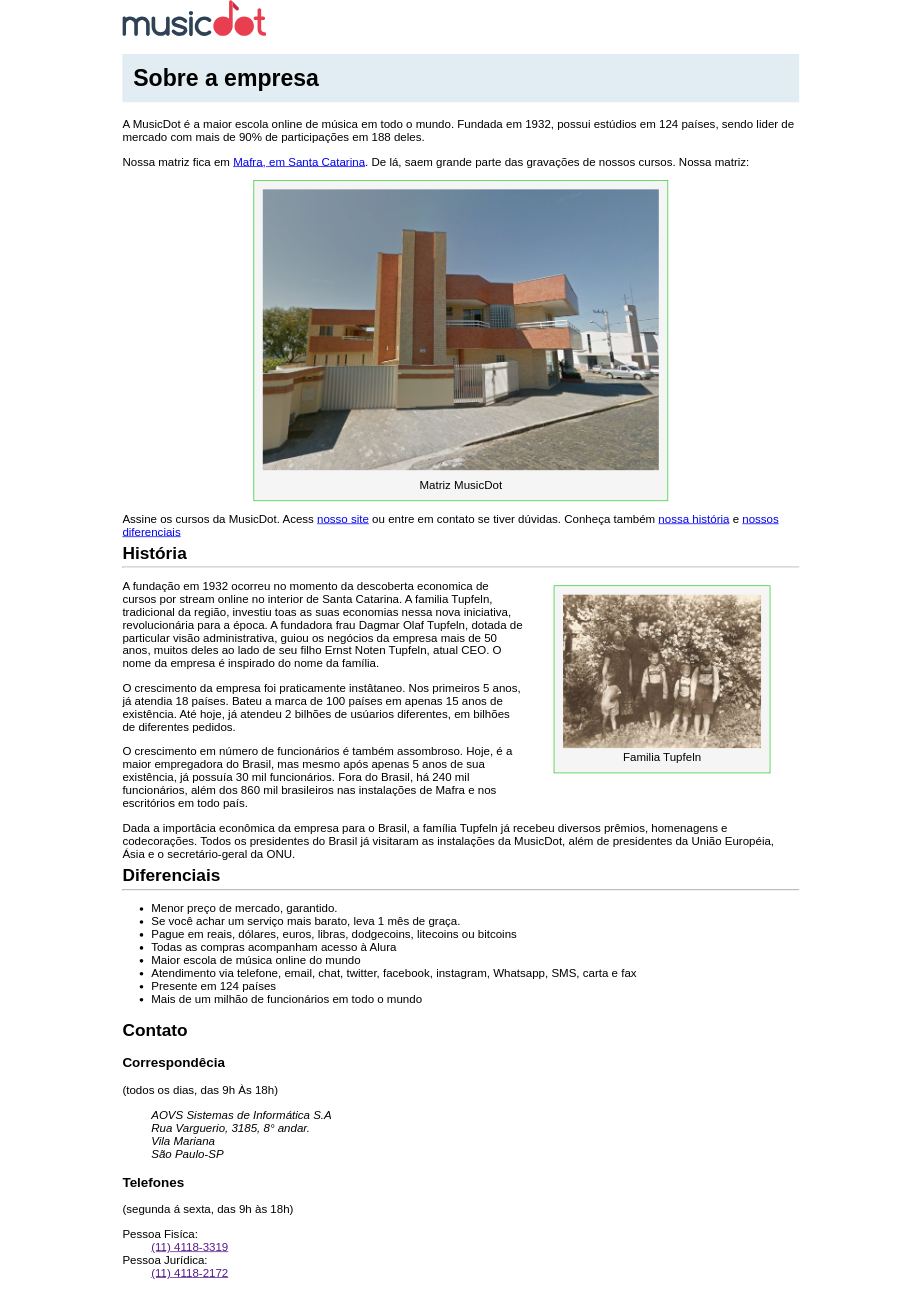
Repository: EmanuelUrbano/introducao_a_tecnologias
Page: 05_04_22/trabalho/projeto-musicdot/sobre.html
An editor plug-in stored every save of this project. The page is shown before and after the next save, followed by the edit.
The browser window is 1280 px wide. The pictures show the whole page, at 72% of full size.

Above is the page before, as saved 2022-05-23 18:40:10.

After the next save:
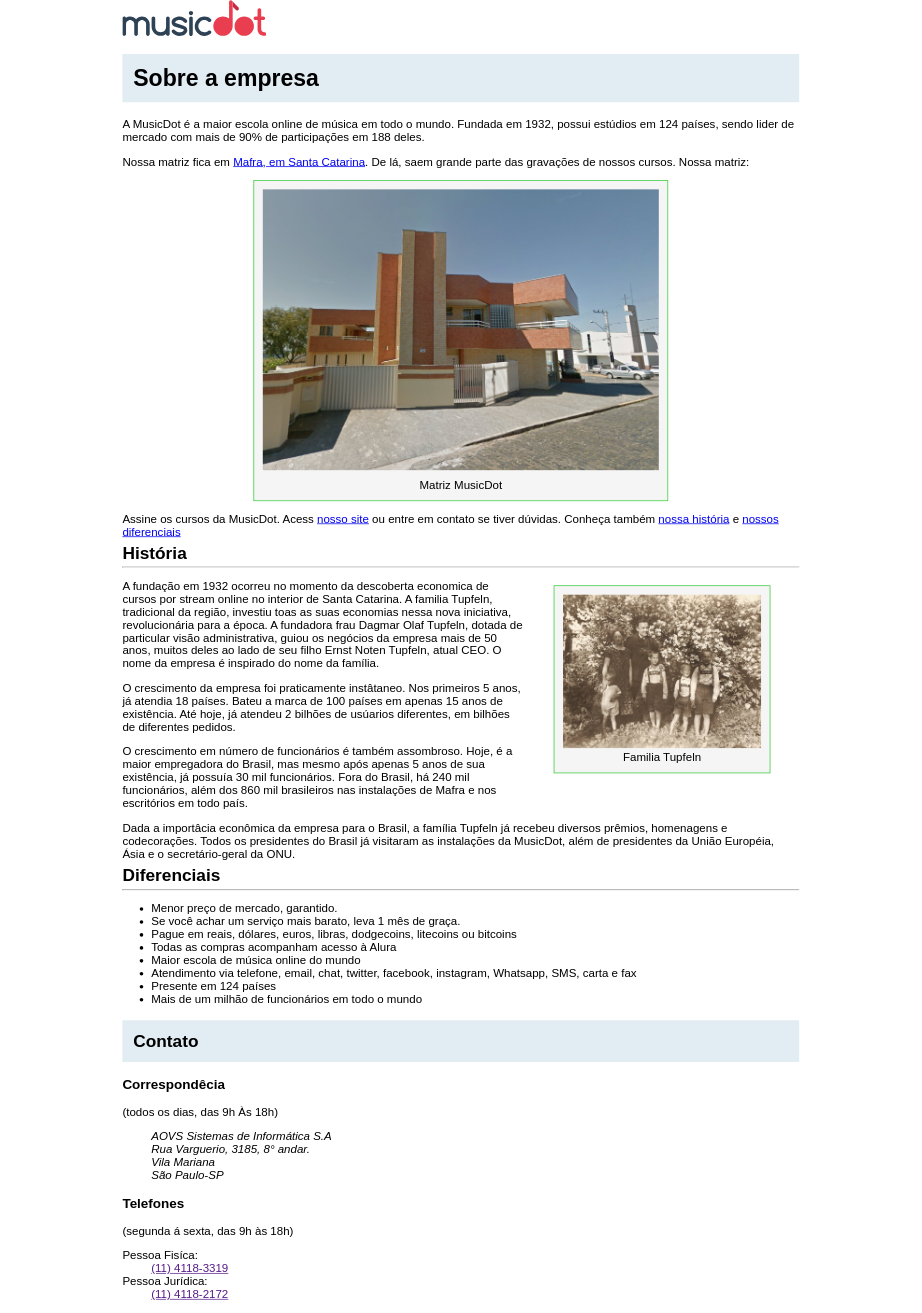
Saved 26 s later.
--- a/05_04_22/trabalho/projeto-musicdot/sobre.css
+++ b/05_04_22/trabalho/projeto-musicdot/sobre.css
@@ -6,7 +6,7 @@
     margin: 0 auto;
 }
 
-main>h1{
+h1{
     background-color: rgb(226,237,243);
     padding: 15px;
 }
